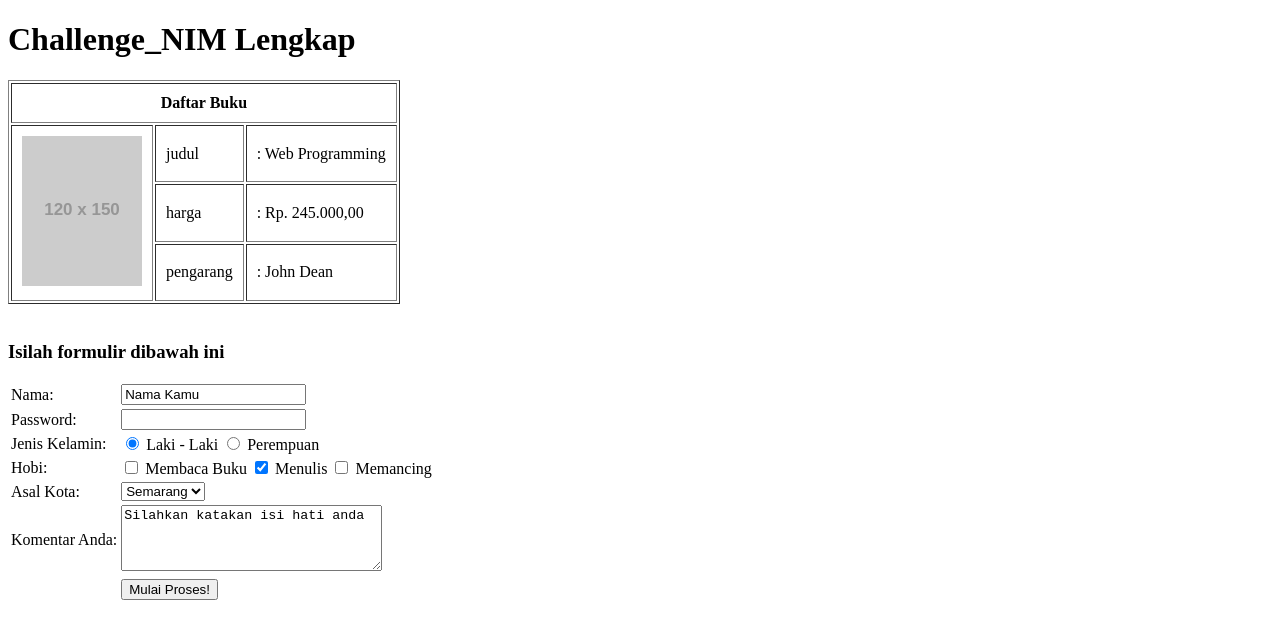
Repository: Deka-al/helloworld
Page: Challange_24116123.html
An editor plug-in stored every save of this project. The page is shown before and after the next save, followed by the edit.
The browser window is 1280 px wide. The pictures show the whole page.

Above is the page before, as saved 2026-04-20 09:34:12.

### Challange_24116123.html
<!DOCTYPE html>
<html>
<head>
    <title>Challenge_NIM Lengkap Anda</title>
</head>
<body>

    <!-- Judul -->
    <h1>Challenge_NIM Lengkap</h1>

    <!-- Tabel Daftar Buku -->
    <table border="1" cellpadding="10">
        <tr backgrpound-color="orange">
            <th colspan="3">Daftar Buku</th>
        </tr>
        <tr>
            <td rowspan="3">
                <img src="https://via.placeholder.com/120x150" alt="Buku">
            </td>
            <td>judul</td>
            <td>: Web Programming</td>
        </tr>
        <tr>
            <td>harga</td>
            <td>: Rp. 245.000,00</td>
        </tr>
        <tr>
            <td>pengarang</td>
            <td>: John Dean</td>
        </tr>
    </table>

    <br>

    <!-- Form -->
    <h3>Isilah formulir dibawah ini</h3>

    <table>
        <tr>
            <td>Nama:</td>
            <td><input type="text" value="Nama Kamu"></td>
        </tr>
        <tr>
            <td>Password:</td>
            <td><input type="password"></td>
        </tr>
        <tr>
            <td>Jenis Kelamin:</td>
            <td>
                <input type="radio" name="jk" checked> Laki - Laki
                <input type="radio" name="jk"> Perempuan
            </td>
        </tr>
        <tr>
            <td>Hobi:</td>
            <td>
                <input type="checkbox"> Membaca Buku
                <input type="checkbox" checked> Menulis
                <input type="checkbox"> Memancing
            </td>
        </tr>
        <tr>
            <td>Asal Kota:</td>
            <td>
                <select>
                    <option>Semarang</option>
                    <option>Jakarta</option>
                    <option>Bandung</option>
                </select>
            </td>
        </tr>
        <tr>
            <td>Komentar Anda:</td>
            <td>
                <textarea rows="4" cols="30">Silahkan katakan isi hati anda</textarea>
            </td>
        </tr>
        <tr>
            <td></td>
            <td>
                <button>Mulai Proses!</button>
            </td>
        </tr>
    </table>

</body>
</html>

After the next save:
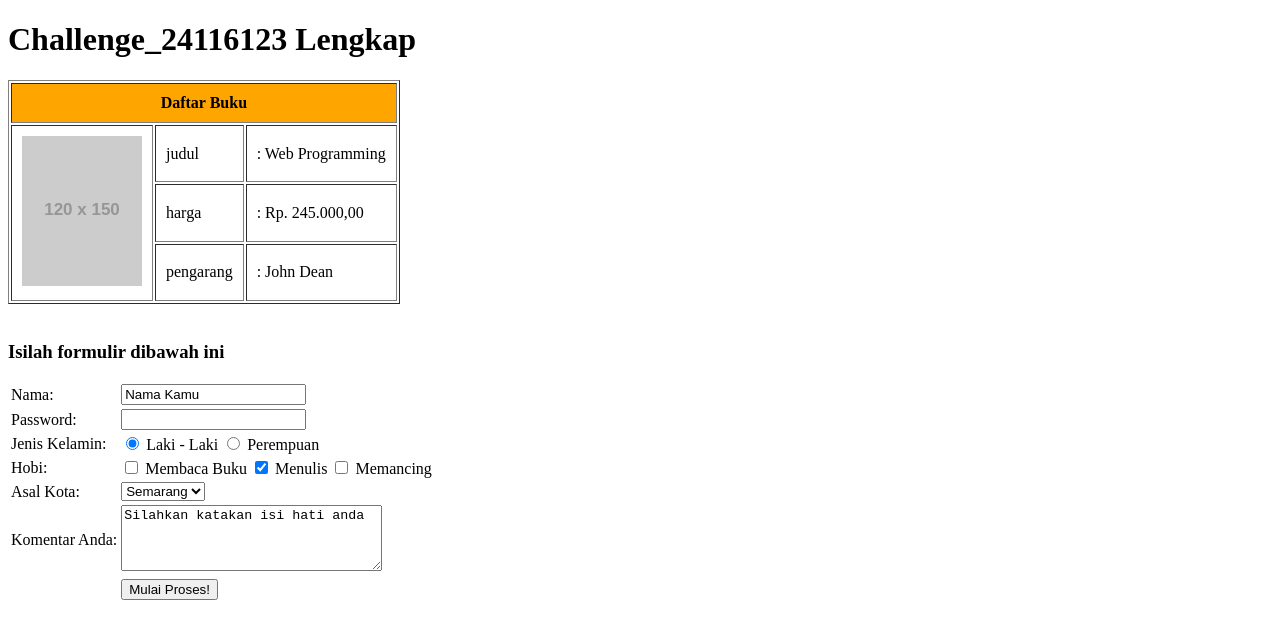
Saved 105 s later.
--- a/Challange_24116123.html
+++ b/Challange_24116123.html
@@ -1,16 +1,16 @@
 <!DOCTYPE html>
 <html>
 <head>
-    <title>Challenge_NIM Lengkap Anda</title>
+    <title>Challenge_24116123 Lengkap Anda</title>
 </head>
 <body>
 
     <!-- Judul -->
-    <h1>Challenge_NIM Lengkap</h1>
+    <h1>Challenge_24116123 Lengkap</h1>
 
     <!-- Tabel Daftar Buku -->
     <table border="1" cellpadding="10">
-        <tr backgrpound-color="orange">
+        <tr bgcolor="orange">
             <th colspan="3">Daftar Buku</th>
         </tr>
         <tr>
